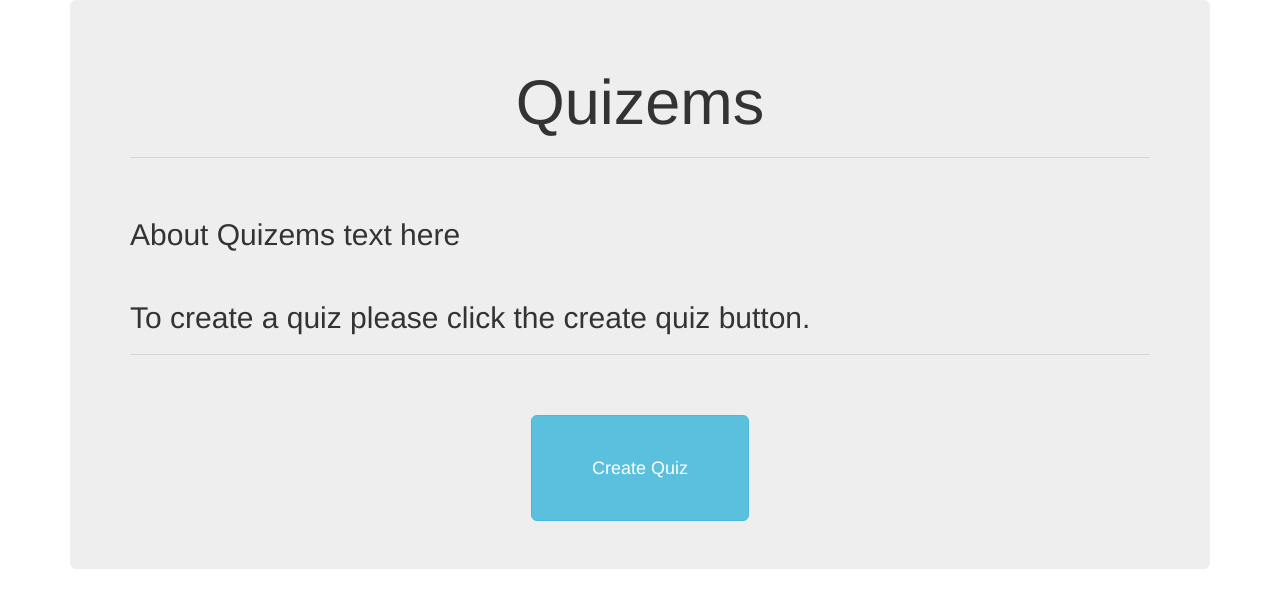
Repository: phillipdacosta/QuizemsNew
Page: /
The author's editor kept a copy of each file at every save. The page is drawn from the files as they stood at one save, then again after the next save.
The browser window is 1280 px wide. The pictures show the whole page.
Some web libraries are served in a nearby version. The project was rebuilt for these pictures with package versions that can differ from the ones it lists, and the page was loaded fresh each time. Also part of the build but not shown: angular.json, src/app/professor/professor.component.ts, src/app/data.service.ts, src/app/question.model.ts, src/app/quiz/quiz.component.ts, src/app/student/student.component.ts, src/app/questions/questions.component.ts, src/app/question-display/question-display.component.ts and 1 more.

Above is the page before, as saved 2019-06-30 16:18:39.

After the next save:
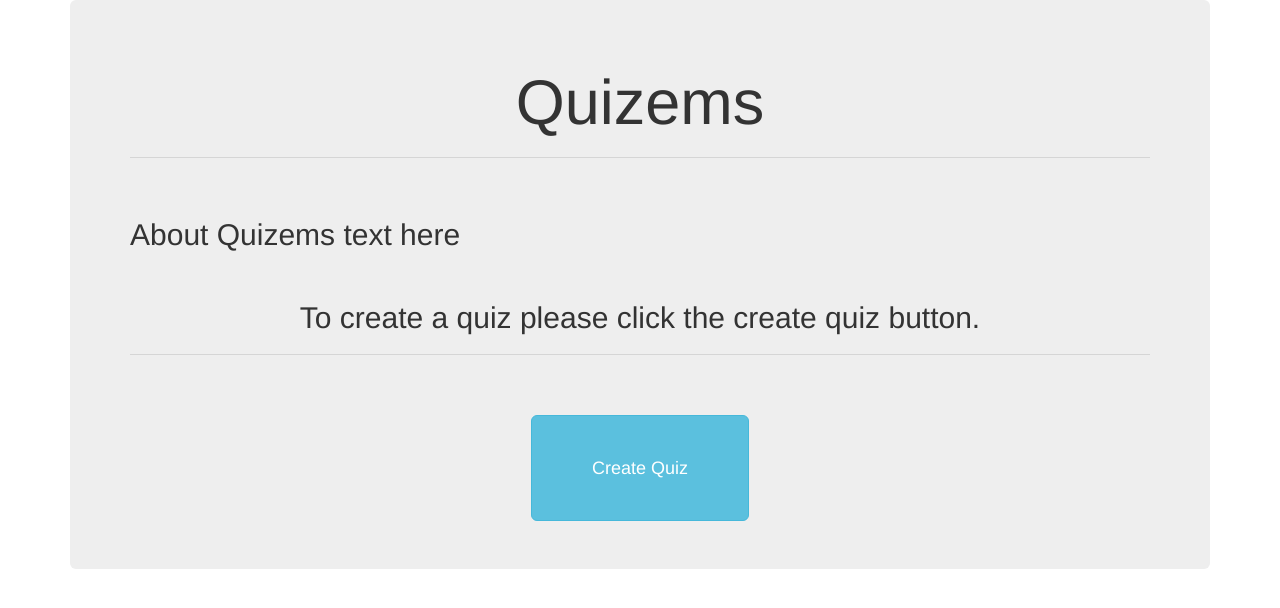
Saved 34 s later.
--- a/src/app/about/about.component.html
+++ b/src/app/about/about.component.html
@@ -19,7 +19,7 @@
 
 <br>
 
-<h2>
+<h2 class = "welcomeText">
   To create a quiz please click the create quiz button.
 </h2>
 
